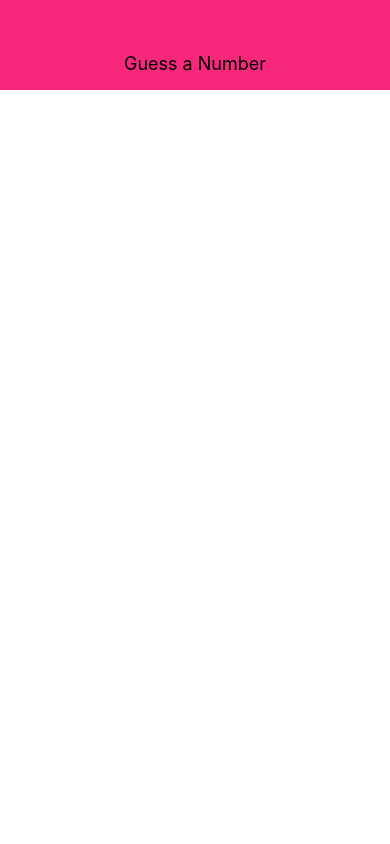
Repository: jes-wd/rn-num-guess
Screen: /
An editor plug-in stored every save of this project. The screen is shown before and after the next save, followed by the edit.
The app was drawn by React Native's web renderer in a window 390 px wide. The project was rebuilt for these pictures with package versions that can differ from the ones it lists, and the page was loaded fresh each time.

Above is the screen before, as saved 2020-03-21 20:19:14.

After the next save:
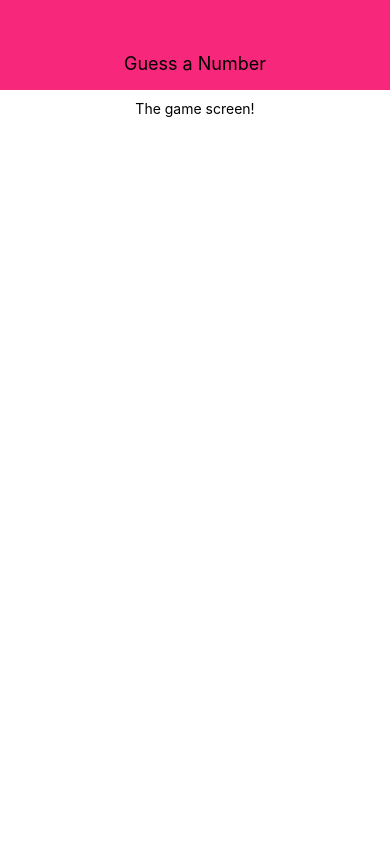
Saved 14 s later.
--- a/App.js
+++ b/App.js
@@ -8,7 +8,7 @@ export default function App() {
   return (
     <View style={styles.screen}>
       <Header title="Guess a Number"/>
-
+      <StartGameScreen />
     </View>
   );
 }
